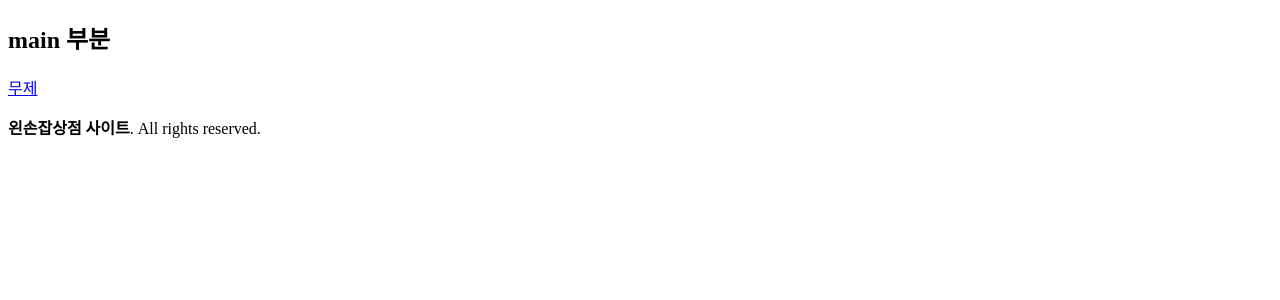
Repository: GroundPark/team6
Page: http://localhost/lefthand/index.jsp
An editor plug-in stored every save of this project. The page is shown before and after the next save, followed by the edit.
The browser window is 1280 px wide. The pictures show the whole page.
The page is served by Tomcat 9. Nobody is signed in. The application's start-up code is not run. Other server files are loaded and not shown.

Above is the page before, as saved 2021-11-13 13:29:02.

### lefthand/WebContent/index.jsp
<%@ page language="java" contentType="text/html; charset=UTF-8" pageEncoding="UTF-8"%>
<%@include file ="include/header.jsp" %>
<section id="content">
    <h2>main 부분</h2>
</section>
 <a href="*">무제</a>
<%@include file ="include/footer.jsp" %>

### lefthand/WebContent/include/header.jsp
<%@ page language="java" contentType="text/html; charset=UTF-8" pageEncoding="UTF-8"%>
<!DOCTYPE html>
<html>
<head>
<link rel="stylesheet" href="/css/teststyle.css">
<meta charset="UTF-8">
<title>탭 이름</title>
</head>
<body>

### lefthand/WebContent/include/footer.jsp
<%@ page language="java" contentType="text/html; charset=UTF-8" pageEncoding="UTF-8"%>
<footer style="background: #gray">
    <p><strong>왼손잡상점 사이트</strong>. All rights reserved.</p>
</footer>
</body>
</html>

Loaded but not shown: lefthand/WebContent/css/teststyle.css (common file)

After the next save:
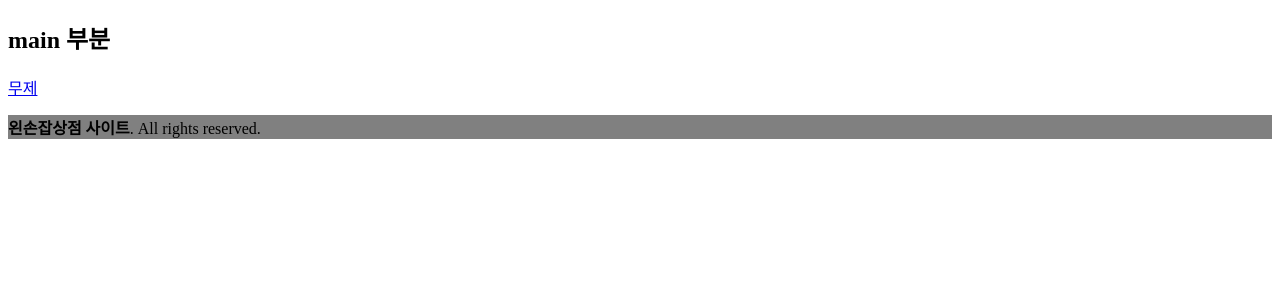
Saved 9 s later.
--- a/lefthand/WebContent/include/footer.jsp
+++ b/lefthand/WebContent/include/footer.jsp
@@ -1,5 +1,5 @@
 <%@ page language="java" contentType="text/html; charset=UTF-8" pageEncoding="UTF-8"%>
-<footer style="background: #gray">
+<footer style="background: gray">
     <p><strong>왼손잡상점 사이트</strong>. All rights reserved.</p>
 </footer>
 </body>

After the save that followed:
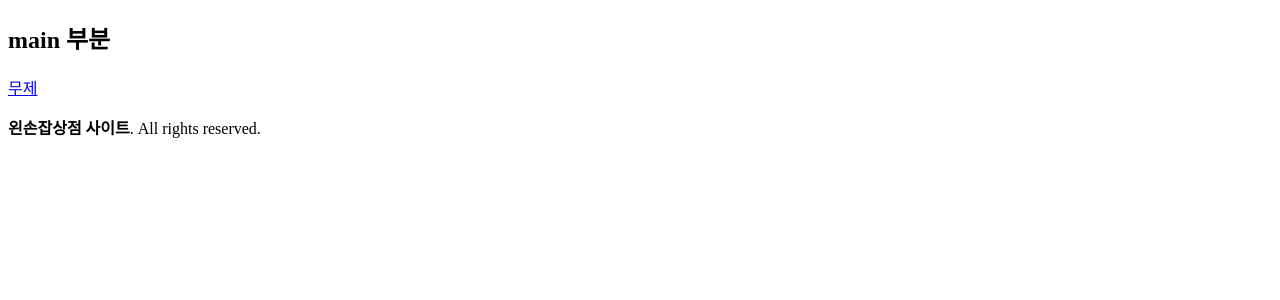
Saved 8 s later.
--- a/lefthand/WebContent/include/footer.jsp
+++ b/lefthand/WebContent/include/footer.jsp
@@ -1,5 +1,5 @@
 <%@ page language="java" contentType="text/html; charset=UTF-8" pageEncoding="UTF-8"%>
-<footer style="background: gray">
+<footer style="background: e8e8e8">
     <p><strong>왼손잡상점 사이트</strong>. All rights reserved.</p>
 </footer>
 </body>
